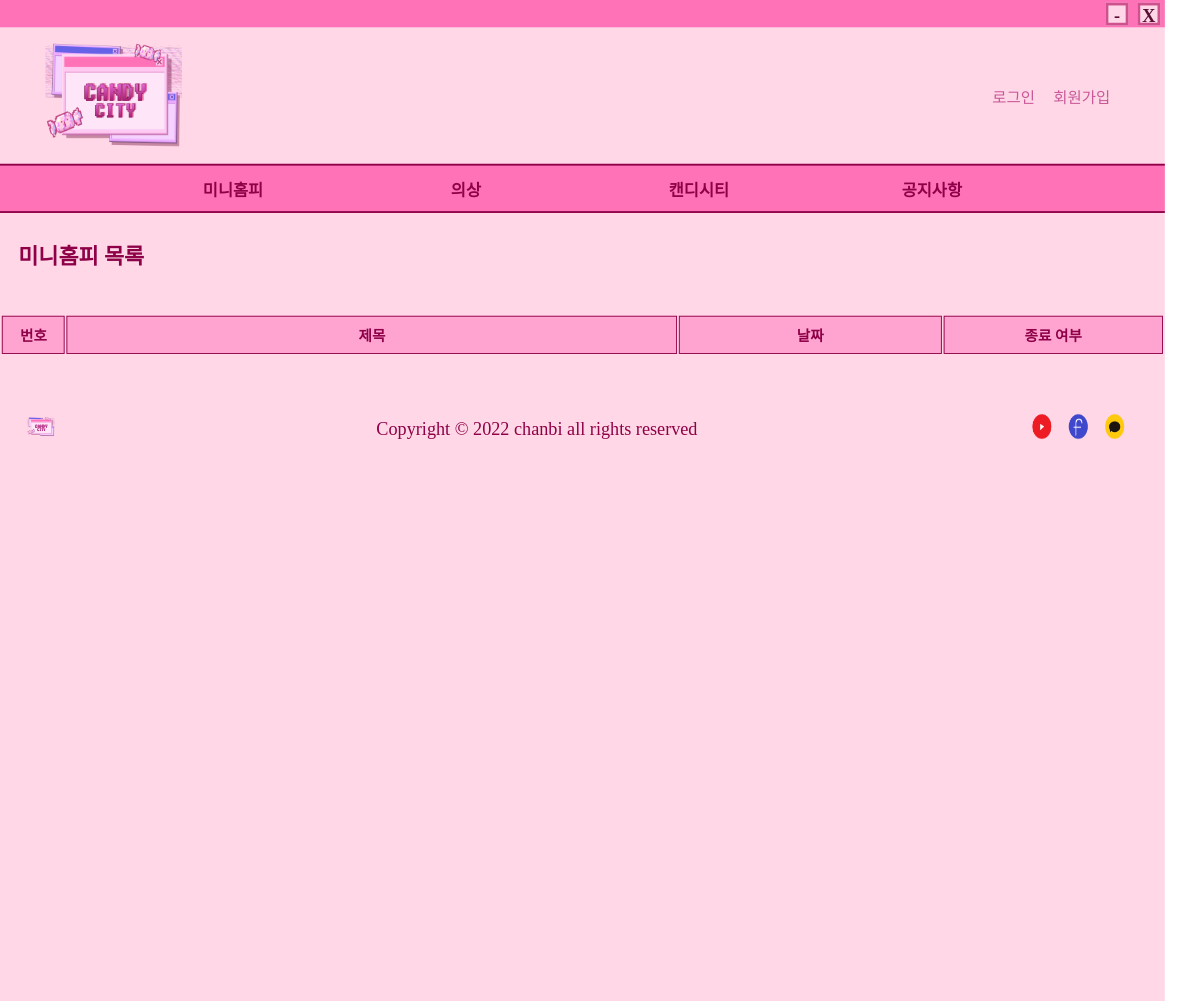
Repository: chanbiM/candyCityProject
Page: http://localhost/CandyCityProj/getNoticeList?type=E
These files come from the project's save history. The page is drawn as it stood at one moment and after the next save; the edit follows.
The browser window is 1280 px wide. The page is 1310 px wide, so the pictures cover 1310 px, including what lies to the right of the window. The pictures show the whole page, at 91% of full size.
Some web fonts or font styles are not loaded; a fallback is used. The page is served by Tomcat 9. Queries for data that is not in the repository find no rows.

Above is the page before, as saved 2022-11-19 08:13:59.

After the next save:
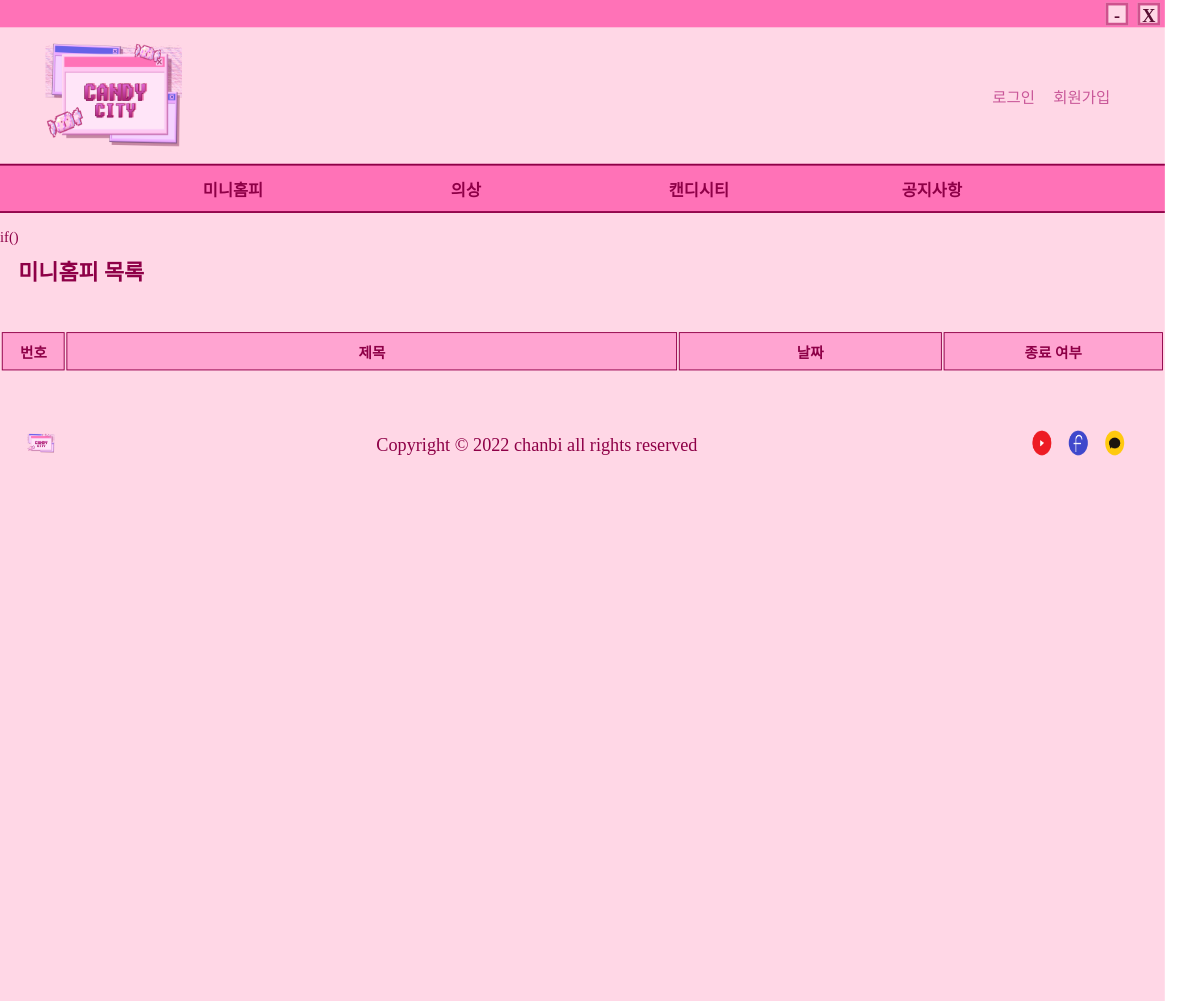
Saved 56 s later.
--- a/CandyCityProj/WebContent/member/event/noticeList.jsp
+++ b/CandyCityProj/WebContent/member/event/noticeList.jsp
@@ -12,7 +12,7 @@
 	ArrayList<NoticeVO> noticeList = (ArrayList<NoticeVO>)request.getAttribute("noticeList");
 %>
 	<!--이벤트 목록-->
-
+	if()
 	<h2>미니홈피 목록</h2> <br>
 			<table id="homepiList">
 				<tr>

After the save that followed:
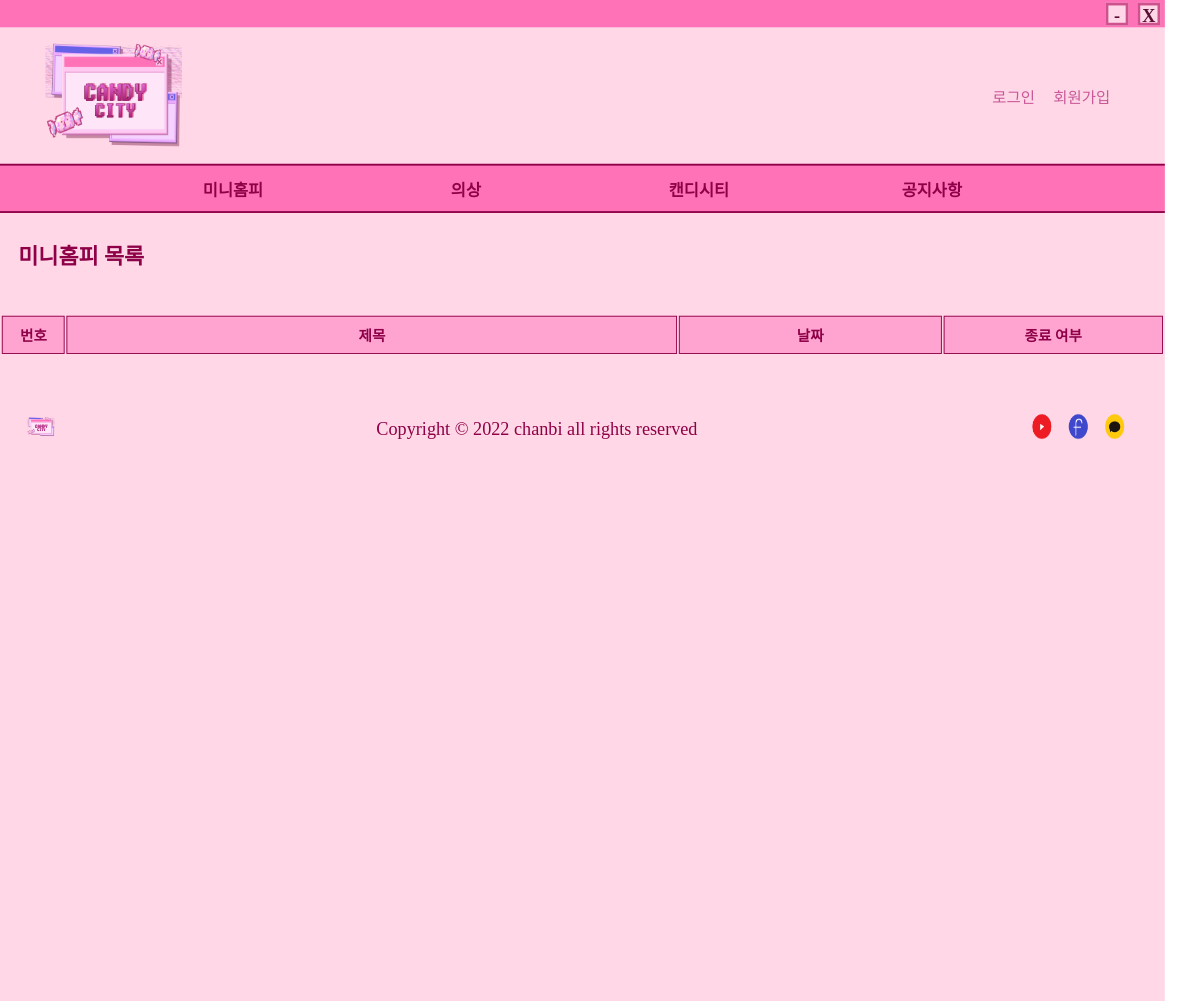
Saved 32 s later.
--- a/CandyCityProj/WebContent/member/event/noticeList.jsp
+++ b/CandyCityProj/WebContent/member/event/noticeList.jsp
@@ -12,7 +12,6 @@
 	ArrayList<NoticeVO> noticeList = (ArrayList<NoticeVO>)request.getAttribute("noticeList");
 %>
 	<!--이벤트 목록-->
-	if()
 	<h2>미니홈피 목록</h2> <br>
 			<table id="homepiList">
 				<tr>
